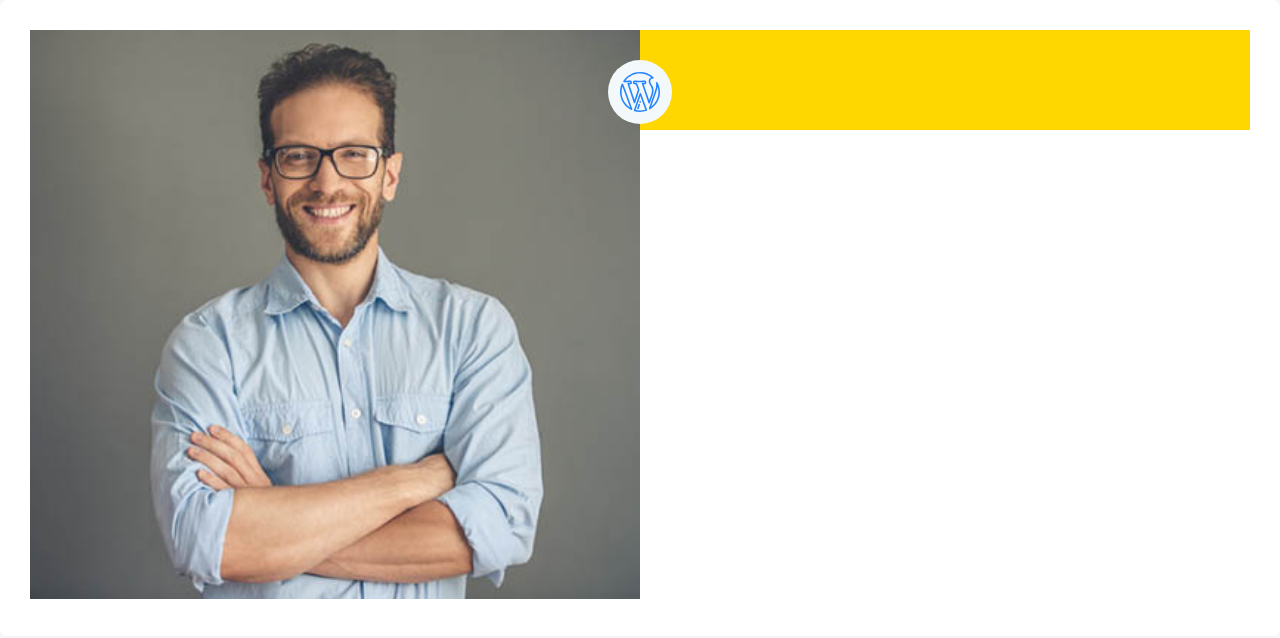
Repository: LeonUIO/first_website
Page: index.html
These files come from the project's save history. The page is drawn as it stood at one moment and after a run of saves; the edit follows.
The browser window is 1280 px wide. The pictures show the whole page.

Above is the page before, as saved 2021-04-05 12:33:27.

### index.html
<!DOCTYPE html>
<html lang="en">
  <head>
    <meta charset="UTF-8" />
    <meta
      name="viewport"
      content="width=device-width, user-scalable=no, initial-scale=1.0, maximum-scale=1.0, minimum-scale=1.0"
    />
    <meta http-equiv="X-UA-Compatible" content="ie=edge" />
    <title>Document</title>
    <link rel="stylesheet" href="css/normalize.css" />
    <link rel="stylesheet" href="css/styles.css" />
  </head>
  <body>
    <div class="card testimonial">
      <div class="grid grid--cols-2">
        <div class="testimonial__image">
          <img src="./images/testimonial.jpg" alt="A happy man." />
          <span class="icon-container">
            <svg class="icon icon--primary">
              <use xlink:href="images/sprite.svg#wordpress"></use>
            </svg>
          </span>
        </div>
        <div style="height: 100px; background: gold"></div>
      </div>
    </div>
  </body>
</html>

### css/styles.css
:root {
  --color-primary: #2584ff;
  --color-secondary: #00d9ff;
  --color-accent: #ff3400;
  --color-headings: #1b0760;
  --color-body: #918ca4;
  --color-body-darker: #5c5577;
  --color-border: #ccc;
  --border-radius: 30px;
}

*,
*::after,
*::before {
  box-sizing: border-box;
}

/* Typography */
html {
  font-size: 62.5%;
}

body {
  font-family: Inter, arial, helvetica, sans-serif;
  color: var(--color-body);
  font-size: 2.4rem;
  line-height: 1.5;
}

h1,
h2,
h3 {
  color: var(--color-headings);
  margin-bottom: 1rem;
}

h1 {
  font-size: 7rem;
}

h2 {
  font-size: 4rem;
}

h3 {
  font-size: 3rem;
}

@media screen and (min-width: 1024px) {
  body {
    font-size: 1.8rem;
  }

  h1 {
    font-size: 8rem;
  }

  h2 {
    font-size: 4rem;
  }

  h3 {
    font-size: 2.4rem;
  }
}

/* Links */
a {
  text-decoration: none;
}

.link-arrow {
  color: var(--color-accent);
  font-size: 2rem;
  font-weight: bold;
}

.link-arrow::after {
  content: "-->";
  margin-left: 5px;
  transition: margin-left 0.15s;
}

.link-arrow:hover::after {
  margin-left: 10px;
}

@media screen and (min-width: 1024px) {
  .link-arrow {
    font: size 1.5em;
  }
}

/* Badges */
.badge {
  white-space: nowrap;
  padding: 0.5rem 2rem;
  font-weight: 600;
  border-radius: 20px;
  font-size: 2rem;
}

.badge--primary {
  background: var(--color-primary);
  color: #fff;
}

.badge--secondary {
  background: var(--color-secondary);
  color: #fff;
}

.badge--small {
  font-size: 1.6rem;
}

@media screen and (min-width: 1024px) {
  .badge {
    font-size: 1.5rem;
  }

  .badge--small {
    font-size: 1.2rem;
  }
}

/* Lists */
.list {
  list-style: none;
  color: var(--color-headings);
  padding-left: 0;
}

.list--inline .list__item {
  display: inline-block;
  margin-right: 2rem;
}

.list--tick {
  list-style-image: url(../images/tick.svg);
  padding-left: 3rem;
}

.list--tick .list__item {
  margin-bottom: 1rem;
  padding-left: 0.5rem;
}

@media screen and (min-width: 1024px) {
  .list--tick .list__item {
    padding-left: 0;
  }
}

/* Icons */
.icon {
  width: 40px;
  height: 40px;
}

.icon--primary {
  fill: var(--color-primary);
}

.icon--white {
  fill: #fff;
}

.icon-container {
  width: 64px;
  height: 64px;
  border-radius: 100%;
  background: #f3f9fa;
  display: inline-flex;
  justify-content: center;
  align-items: center;
}

/* Buttons */
.btn {
  border-radius: 40px;
  border: 0;
  cursor: pointer;
  font-size: 1.8rem;
  font-weight: 600;
  margin: 1rem 0;
  padding: 2rem 3rem;
  text-transform: uppercase;
  text-align: center;
  white-space: nowrap;
}

.btn--primary {
  background: var(--color-primary);
  color: #fff;
}

.btn--primary:hover {
  background: #3a8ffd;
}

.btn--secondary {
  background: var(--color-secondary);
  color: #fff;
}

.btn--secondary:hover {
  background: #00c8eb;
}

.btn--accent {
  background: var(--color-accent);
  color: #fff;
}

.btn--accent:hover {
  background: #ec3000;
}

.btn--block {
  width: 100%;
  display: inline-block;
}

.btn--outline {
  background: #fff;
  color: var(--color-headings);
  border: 2px solid var(--color-headings);
}

.btn--outline:hover {
  background: var(--color-headings);
  color: #fff;
}

@media screen and (min-width: 1024px) {
  .btn {
    font-size: 1.5rem;
  }
}

/* Inputs */
.input {
  border-radius: var(--border-radius);
  border: 1px solid var(--color-border);
  color: var(--color-headings);
  font-size: 2rem;
  outline: 0;
  padding: 1.5rem 3.5rem;
}

::placeholder {
  color: #cdcbd7;
}

.input-group {
  border-radius: var(--border-radius);
  border: 2px solid var(--color-border);
  display: flex;
}

.input-group .input {
  border: 0;
  flex-grow: 1;
  padding: 1.5rem 1rem;
}

.input-group .btn {
  margin: 4px;
}

@media screen and (min-width: 1024px) {
  .input {
    font-size: 1.5rem;
  }
}

/* Cards */
.card {
  border-radius: 7px;
  box-shadow: 0 0 20px 10px #f3f3f3;
  overflow: hidden;
}

.card__header,
.card__body {
  padding: 2rem 3rem;
}

.card--primary .card__header {
  background: var(--color-primary);
  color: #fff;
}

.card--secondary .card__header {
  background: var(--color-secondary);
  color: #fff;
}

/* Plans */
.plan__name {
  color: #fff;
  margin: 0;
  font-weight: 500;
  font-size: 2.4rem;
}

.plan__price {
  font-size: 6rem;
}

.plan__billing-cycle {
  font-size: 2.4rem;
  font-weight: 300;
  opacity: 0.8;
  margin-right: 1rem;
}

.plan__description {
  font-size: 2rem;
  font-weight: 300;
  letter-spacing: 1px;
  display: block;
}

.plan .list__item {
  margin-bottom: 2rem;
}

.plan--popular .card__header {
  position: relative;
}

.plan--popular .card__header::before {
  content: url(../images/popular.svg);
  width: 40px;
  display: inline-block;
  position: absolute;
  top: -6px;
  right: 5%;
}

@media screen and (min-width: 1024px) {
  .plan__name {
    font-size: 1.4rem;
  }

  .plan__price {
    font-size: 5rem;
  }

  .plan__billing-cycle {
    font-size: 1.6rem;
  }

  .plan__description {
    font-size: 1.7rem;
  }
}

/* Media */
.media {
  display: flex;
}

.media__title {
  margin-top: 0;
}

.media__body {
  margin: 0 2rem;
}

.media__image {
  margin-top: 1rem;
}

/* Quotes */
.quote {
  font-size: 3rem;
  color: var(--color-body-darker);
  font-style: italic;
  line-height: 1.3;
}

.quote__text::before {
  content: open-quote;
}

.quote__text::after {
  content: close-quote;
}

.quote__footer {
  font-style: normal;
}

.quote--line {
  position: relative;
  bottom: 10px;
}

.quote__author {
  font-size: 3rem;
  font-weight: 500;
  margin-bottom: 0;
}

.quote__company {
  color: var(--color-headings);
  margin-top: 0;
  font-size: 2rem;
  opacity: 0.4;
}

@media screen and (min-width: 1024px) {
  .quote {
    font-size: 2rem;
  }

  .quote__author {
    font-size: 2.4rem;
  }

  .quote__company {
    font-size: 1.6rem;
  }
}

/* Grids */
.grid {
  display: grid;
}

@media screen and (min-width: 768px) {
  .grid--cols-2 {
    grid-template-columns: repeat(2, 1fr);
  }
}
@media screen and (min-width: 1024px) {
  .grid--cols-3 {
    grid-template-columns: repeat(3, 1fr);
  }
}

/* Testimonial */
.testimonial {
  padding: 3rem;
}

.testimonial__image > img {
  width: 100%;
}

.testimonial__image {
  position: relative;
}

.testimonial__image > .icon-container {
  position: absolute;
  top: 3rem;
  right: -32px;
}

Loaded but not shown: css/normalize.css (library)

After the next 2 saves:
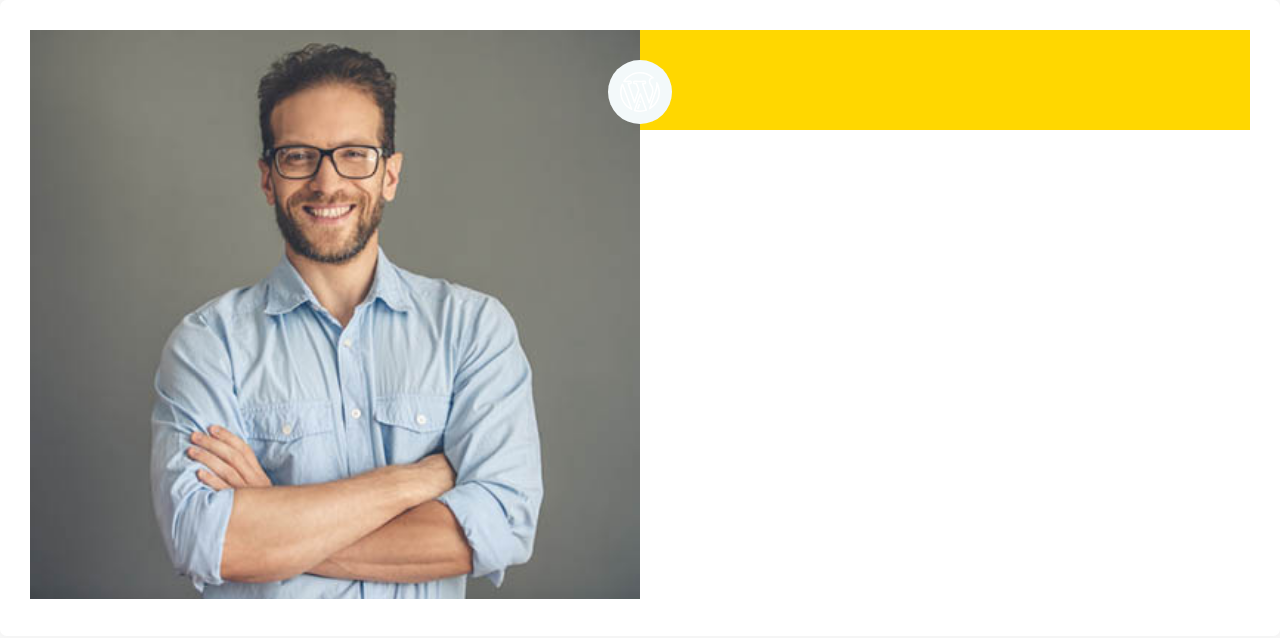
The 2 saves are shown as one change because they came seconds apart.
The last was saved 9 s later.
--- a/index.html
+++ b/index.html
@@ -17,7 +17,7 @@
         <div class="testimonial__image">
           <img src="./images/testimonial.jpg" alt="A happy man." />
           <span class="icon-container">
-            <svg class="icon icon--primary">
+            <svg class="icon icon--white">
               <use xlink:href="images/sprite.svg#wordpress"></use>
             </svg>
           </span>
